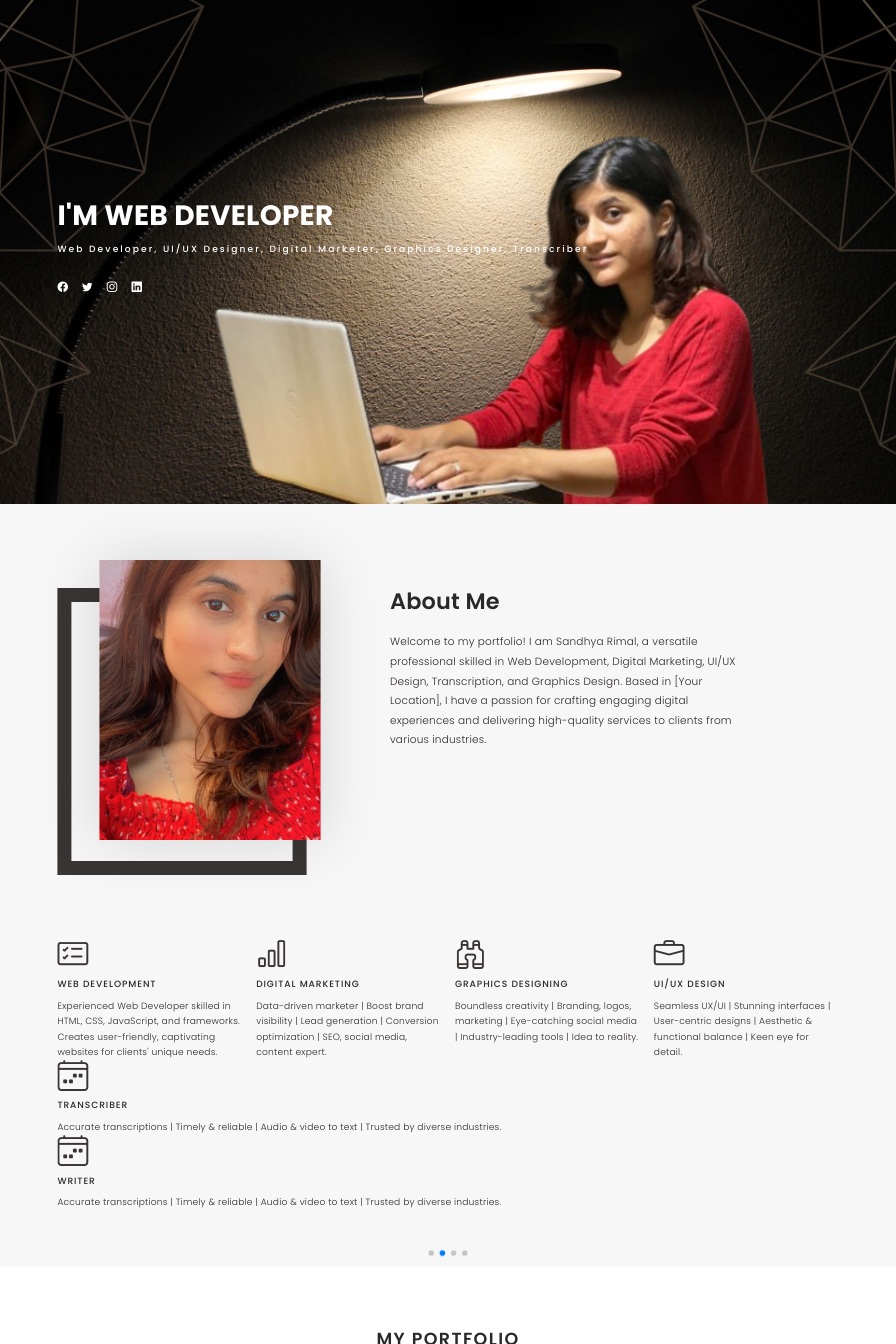
Repository: sandhya8109/portfolio
Page: index.html
The author's editor kept a copy of each file at every save. The page is drawn from the files as they stood at one save, then again after the next save.
The browser window is 1280 px wide. The pictures show the part of the page from y = 0 to 1920 px (the page is 4460 px tall before and 4245 px after), at 70% of full size.
Some web fonts or font styles are not loaded; a fallback is used.

Above is the page before, as saved 2023-08-05 09:44:59.

After the next save:
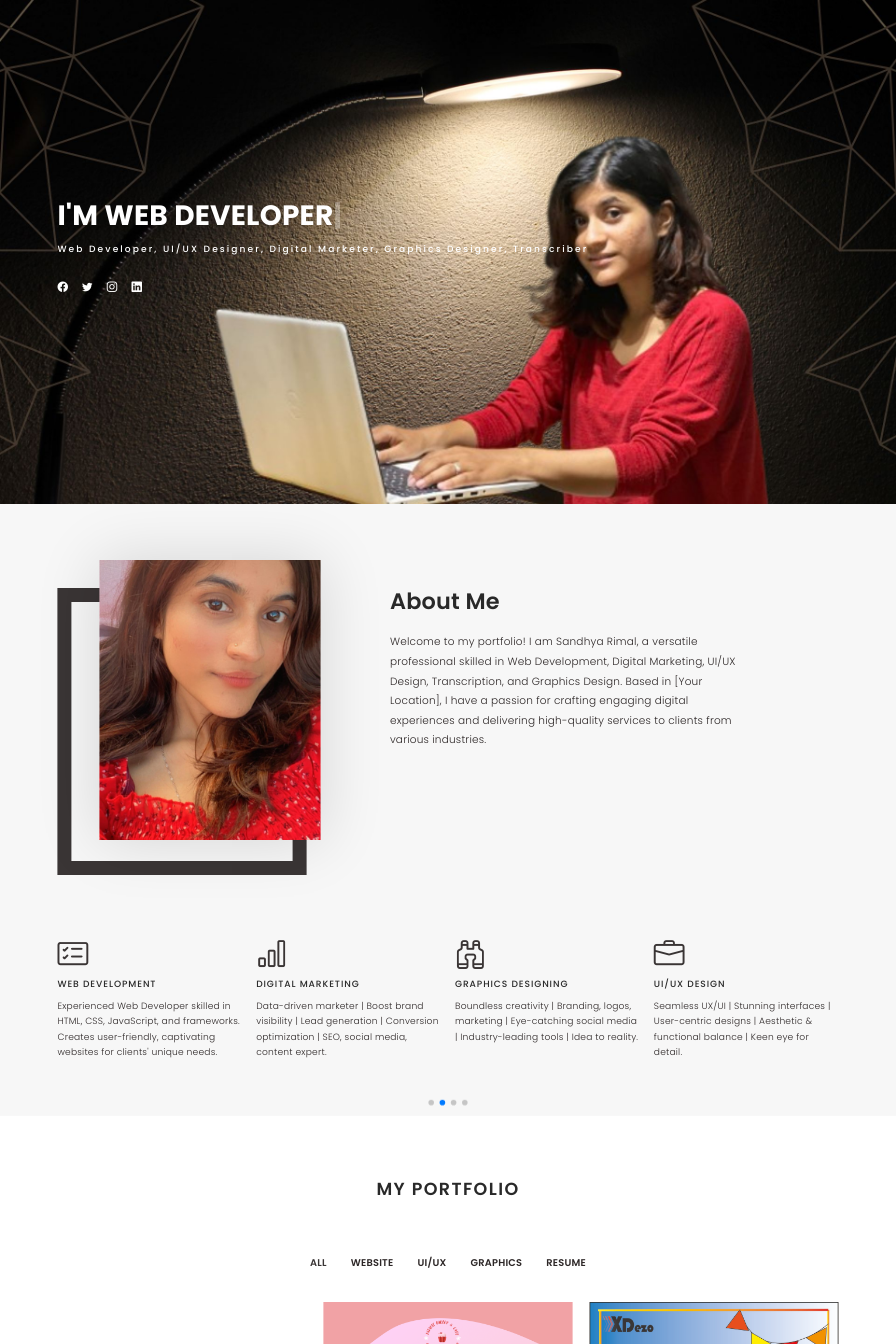
Saved 17 s later.
--- a/index.html
+++ b/index.html
@@ -156,24 +156,8 @@
                             </div><!-- End testimonial item -->
 
             </div><!-- End testimonial item -->
-            <div class="swiper-slide">
-              <div class="services-block">
-                <i class="bi bi-calendar4-week"></i>
-                <span>Transcriber</span>
-                <p class="separator">Accurate transcriptions | Timely & reliable | Audio & video to text | Trusted by diverse industries.
-               </p>
-              </div>
-
-            </div><!-- End testimonial item -->
-            <div class="swiper-slide">
-              <div class="services-block">
-                <i class="bi bi-calendar4-week"></i>
-                <span>Writer</span>
-                <p class="separator">Accurate transcriptions | Timely & reliable | Audio & video to text | Trusted by diverse industries.
-               </p>
-              </div>
-
-            </div><!-- End testimonial item -->
+
+
 
           </div>
           <div class="swiper-pagination"></div>
